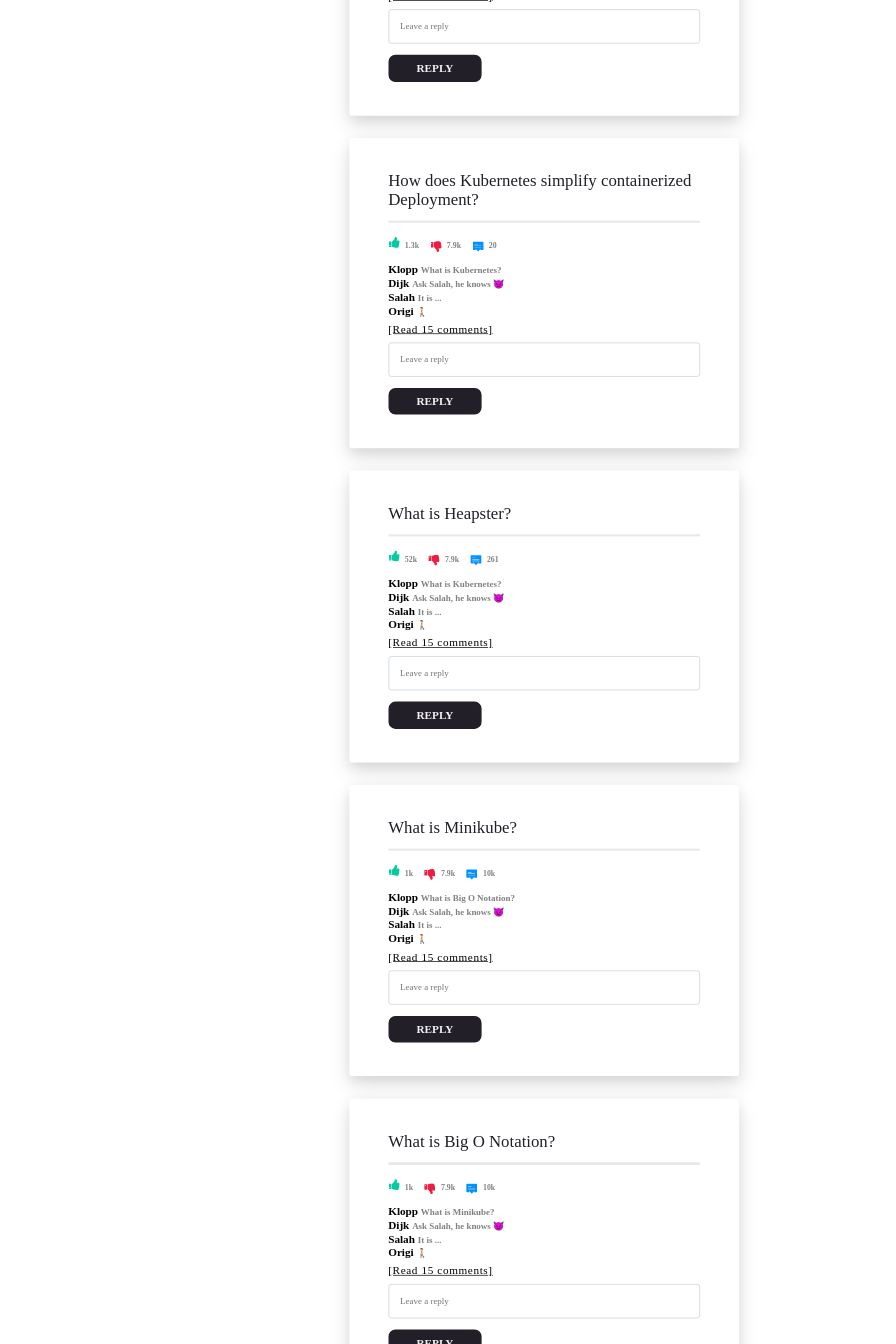
Repository: Gfreedoms/Epic-Mail
Page: pages/groups.html
An editor plug-in stored every save of this project. The page is shown before and after the next save, followed by the edit.
The browser window is 1280 px wide. The pictures show the part of the page from y = 966 to 2886 px (the page is 3815 px tall before and 3788 px after), at 70% of full size.
Some web fonts or font styles are not loaded; a fallback is used.

Above is the page before, as saved 2019-02-27 07:42:08.

### pages/groups.html
<!DOCTYPE html>
<html lang="en">

<head>
	<meta charset="UTF-8">
	<meta name="viewport" content="width=device-width, initial-scale=1.0">
	<meta http-equiv="X-UA-Compatible" content="ie=edge">
	<link rel="apple-touch-icon" sizes="180x180" href="../assets/favicon/apple-touch-icon.png">
	<link rel="icon" type="image/png" sizes="32x32" href="../assets/favicon/favicon-32x32.png">
	<link rel="icon" type="image/png" sizes="16x16" href="../assets/favicon/favicon-16x16.png">
	<link rel="manifest" href="../assets/favicon/site.webmanifest">
	<link rel="mask-icon" href="../assets/favicon/safari-pinned-tab.svg" color="#5bbad5">
	<meta name="msapplication-TileColor" content="#da532c">
	<meta name="theme-color" content="#ffffff">
	<link rel="stylesheet" href="../styles/base.css">
	<link rel="stylesheet" href="../styles/format.css">
	<link rel="stylesheet" href="../styles/questions.css">
	<title>View Groups| Epic Mail - ANDELA BOOTCAMP</title>
</head>

<body>
	<!-- Navigation Section Starts -->
	<section id="navigation">
		<nav class="navbar">
			<a href="../" id="nav-brand">
				<img src="../assets/imgs/logo.svg" alt="">
			</a>
			<ul class="nav-menu">
				<li class="visibility"><a class="hover-t" href="./login.html">Login</a></li>
				<li><a class="hover-t" href="./meetup.html">Meetups</a></li>
				<li><a class="hover-t" href="./questions.html">Questions</a></li>
				<li><a class="reg-btn box-sh-dark hover-lg" href="../">Logout</a></li>
			</ul>
			<a id="menu" href="">
				<img src="../assets/imgs/menu.svg" alt="">
			</a>
		</nav>
	</section>
	<!-- Navigation Section Ends -->

	<!-- SideBar Nav -->
	<ul id="sidebar" class="navbar-side side-hidden">
		<li><a href="./meetup.html">Meetups</a></li>
		<li><a href="./questions.html">Questions</a></li>
		<li><a class="" href="../">Logout</a></li>
	</ul>
	<!-- End SideBar Nav -->
	<div id="details" class="container ptb-5 mauto">
		<div class="side">
			<div class="content card">
				<h3 class="md-text">Manchester United Group</h3>
				<ul class="list-items">
					<li>
						<img src="../assets/imgs/icons/calendar.svg" alt="">
						<span> Created January 23rd, 2019</span>
					</li>

					<li>
						<img src="../assets/imgs/icons/time.svg" alt="">
						<span> Time:10: 00a.m</span>
					</li>
					<li>
						<img src="../assets/imgs/icons/people.svg" alt="">
						<span>256 Members</span>
					</li>
					<li>
						<img src="../assets/imgs/icons/hastag.svg" alt="">
						<span>Here we discuss and ask all the latest about football Especially in united</span>
					</li>
				</ul>
			</div>
		</div>

		<div id="questions">
			<div class="header questions card">
				<h3 class="md-text title">Threads</h3>
				<a href="./group-messages.html" class="sm-text sm ">Ask about footbal</a>
			</div>
			<div class="questions card-lg hover-lg">
				<div class="content pall-1">
					<h3 class="md-text title f-bold">When is united's next game</h3>
					<div class="divider"></div>
					<div class="q-actions">
						<span>
							<a href="#!"><img src="../assets/imgs/icons/upvote.svg" alt=""></a>
							500
						</span>
						<span>
							<a href="#!"><img src="../assets/imgs/icons/downvote.svg" alt=""></a>
							7.9k
						</span>
						<span>
							<a href="#!"><img src="../assets/imgs/icons/comment.svg" alt=""></a>
							1k
						</span>
					</div>
					<div class="comments">
						<p class="sm-text sm ">sam <span>24th march i guess</span> </p>
						<p class="sm-text sm ">patric <span>Not rli 😈</span> </p>
						<p class="sm-text sm ">ole <span>It is ...</span> </p>
						<p class="sm-text sm ">Roney <span>🚶🏻</span> </p>
					</div>
					<a href="!#" class="sm-text sm ">[Read 15 comments]</a>
					<div class="input">
						<textarea name="comment" cols="auto" rows="1" placeholder="Leave a reply"></textarea>
						<a href="./meetup.html" class="btn">Reply</a>
					</div>
				</div>
			</div>
			<div class="questions card-lg hover-lg">
				<div class="content pall-1">
					<h3 class="md-text title f-bold">How much does Does Degea earn per week?</h3>
					<div class="divider"></div>
					<div class="q-actions">
						<span>
							<a href="#!"><img src="../assets/imgs/icons/upvote.svg" alt=""></a>
							2k
						</span>
						<span>
							<a href="#!"><img src="../assets/imgs/icons/downvote.svg" alt=""></a>
							7.9k
						</span>
						<span>
							<a href="#!"><img src="../assets/imgs/icons/comment.svg" alt=""></a>
							300
						</span>
					</div>
					<div class="comments">
						<p class="sm-text sm ">Fred <span>45 milion pound!</span> </p>
						<p class="sm-text sm ">jane <span>Will you shut up with ur lies</span> </p>
						<p class="sm-text sm ">Klopp <span>😈</span> </p>
						<p class="sm-text sm ">Sarri <span>🚶🏻</span> </p>
					</div>
					<a href="!#" class="sm-text sm ">[Read 15 comments]</a>
					<div class="input">
						<textarea name="comment" cols="auto" rows="1" placeholder="Leave a reply"></textarea>
						<a href="./meetup.html" class="btn">Reply</a>
					</div>
				</div>
			</div>
			<div class="questions card-lg hover-lg">
				<div class="content pall-1">
					<h3 class="md-text title f-bold">How does Kubernetes simplify containerized Deployment?</h3>
					<div class="divider"></div>
					<div class="q-actions">
						<span>
							<a href="#!"><img src="../assets/imgs/icons/upvote.svg" alt=""></a>
							1.3k
						</span>
						<span>
							<a href="#!"><img src="../assets/imgs/icons/downvote.svg" alt=""></a>
							7.9k
						</span>
						<span>
							<a href="#!"><img src="../assets/imgs/icons/comment.svg" alt=""></a>
							20
						</span>
					</div>
					<div class="comments">
						<p class="sm-text sm ">Klopp <span>What is Kubernetes?</span> </p>
						<p class="sm-text sm ">Dijk <span>Ask Salah, he knows 😈</span> </p>
						<p class="sm-text sm ">Salah <span>It is ...</span> </p>
						<p class="sm-text sm ">Origi <span>🚶🏻</span> </p>
					</div>
					<a href="!#" class="sm-text sm ">[Read 15 comments]</a>
					<div class="input">
						<textarea name="comment" cols="auto" rows="1" placeholder="Leave a reply"></textarea>
						<a href="./meetup.html" class="btn">Reply</a>
					</div>
				</div>
			</div>
			<div class="questions card-lg hover-lg">
				<div class="content pall-1">
					<h3 class="md-text title f-bold">What is Heapster?</h3>
					<div class="divider"></div>
					<div class="q-actions">
						<span>
							<a href="#!"><img src="../assets/imgs/icons/upvote.svg" alt=""></a>
							52k
						</span>
						<span>
							<a href="#!"><img src="../assets/imgs/icons/downvote.svg" alt=""></a>
							7.9k
						</span>
						<span>
							<a href="#!"><img src="../assets/imgs/icons/comment.svg" alt=""></a>
							261
						</span>
					</div>
					<div class="comments">
						<p class="sm-text sm ">Klopp <span>What is Kubernetes?</span> </p>
						<p class="sm-text sm ">Dijk <span>Ask Salah, he knows 😈</span> </p>
						<p class="sm-text sm ">Salah <span>It is ...</span> </p>
						<p class="sm-text sm ">Origi <span>🚶🏻</span> </p>
					</div>
					<a href="!#" class="sm-text sm ">[Read 15 comments]</a>
					<div class="input">
						<textarea name="comment" cols="auto" rows="1" placeholder="Leave a reply"></textarea>
						<a href="./meetup.html" class="btn">Reply</a>
					</div>
				</div>
			</div>
			<div class="questions card-lg hover-lg">
				<div class="content pall-1">
					<h3 class="md-text title f-bold">What is Minikube?</h3>
					<div class="divider"></div>
					<div class="q-actions">
						<span>
							<a href="#!"><img src="../assets/imgs/icons/upvote.svg" alt=""></a>
							1k
						</span>
						<span>
							<a href="#!"><img src="../assets/imgs/icons/downvote.svg" alt=""></a>
							7.9k
						</span>
						<span>
							<a href="#!"><img src="../assets/imgs/icons/comment.svg" alt=""></a>
							10k
						</span>
					</div>
					<div class="comments">
						<p class="sm-text sm ">Klopp <span>What is Big O Notation?</span> </p>
						<p class="sm-text sm ">Dijk <span>Ask Salah, he knows 😈</span> </p>
						<p class="sm-text sm ">Salah <span>It is ...</span> </p>
						<p class="sm-text sm ">Origi <span>🚶🏻</span> </p>
					</div>
					<a href="!#" class="sm-text sm ">[Read 15 comments]</a>
					<div class="input">
						<textarea name="comment" cols="auto" rows="1" placeholder="Leave a reply"></textarea>
						<a href="./meetup.html" class="btn">Reply</a>
					</div>
				</div>
			</div>
			<div class="questions card-lg hover-lg">
				<div class="content pall-1">
					<h3 class="md-text title f-bold">What is Big O Notation?</h3>
					<div class="divider"></div>
					<div class="q-actions">
						<span>
							<a href="#!"><img src="../assets/imgs/icons/upvote.svg" alt=""></a>
							1k
						</span>
						<span>
							<a href="#!"><img src="../assets/imgs/icons/downvote.svg" alt=""></a>
							7.9k
						</span>
						<span>
							<a href="#!"><img src="../assets/imgs/icons/comment.svg" alt=""></a>
							10k
						</span>
					</div>
					<div class="comments">
						<p class="sm-text sm ">Klopp <span>What is Minikube?</span> </p>
						<p class="sm-text sm ">Dijk <span>Ask Salah, he knows 😈</span> </p>
						<p class="sm-text sm ">Salah <span>It is ...</span> </p>
						<p class="sm-text sm ">Origi <span>🚶🏻</span> </p>
					</div>
					<a href="!#" class="sm-text sm ">[Read 15 comments]</a>
					<div class="input">
						<textarea name="comment" cols="auto" rows="1" placeholder="Leave a reply"></textarea>
						<a href="./meetup.html" class="btn">Reply</a>
					</div>
				</div>
			</div>
			<div class="questions card-lg hover-lg">
				<div class="content pall-1">
					<h3 class="md-text title f-bold">How does Kubernetes simplify containerized Deployment?</h3>
					<div class="divider"></div>
					<div class="q-actions">
						<span>
							<a href="#!"><img src="../assets/imgs/icons/upvote.svg" alt=""></a>
							1k
						</span>
						<span>
							<a href="#!"><img src="../assets/imgs/icons/downvote.svg" alt=""></a>
							7.9k
						</span>
						<span>
							<a href="#!"><img src="../assets/imgs/icons/comment.svg" alt=""></a>
							10k
						</span>
					</div>
					<div class="comments">
						<p class="sm-text sm ">Klopp <span>What is Minikube?</span> </p>
						<p class="sm-text sm ">Dijk <span>Ask Salah, he knows 😈</span> </p>
						<p class="sm-text sm ">Salah <span>It is ...</span> </p>
						<p class="sm-text sm ">Origi <span>🚶🏻</span> </p>
					</div>
					<a href="!#" class="sm-text sm ">[Read 15 comments]</a>
					<div class="input">
						<textarea name="comment" cols="auto" rows="1" placeholder="Leave a reply"></textarea>
						<a href="./meetup.html" class="btn">Reply</a>
					</div>
				</div>
			</div>
		</div>
	</div>

	<footer class="bg-secondary">
		<div class="container">
			<div class="info-about">
				<h3 class="md-text">Interested Epic Mail</h3>
				<div class="social-links">
					<a href="#!"><img src="../assets/imgs/icons/facebook.svg" alt=""></a>
					<a href="#!"><img src="../assets/imgs/icons/instagram.svg" alt=""></a>
					<a href="#!"><img src="../assets/imgs/icons/twitter.svg" alt=""></a>
					<a href="#!"><img src="../assets/imgs/icons/linkedin.svg" alt=""></a>
				</div>
			</div>
			<div class="additional-info">
				<h3 class="md-text">Our Goals</h3>
				<p class="sm-text sm ">
					We create a safe space for others to ask for help.
					We ask for help when we’re stuck and motivate others to do the same.
				</p>
				<p class="sm-text sm ">
					We create space for psychological safety in all our interactions by encouraging peers to be open and honest about
					their experiences.
				</p>
			</div>
		</div>
	</footer>
	<script src="../scripts/index.js"></script>
</body>

</html>

### styles/format.css
.is-danger {
	color: red;
}

.divider {
	height: 0.2rem;
	background: #221F28;
	opacity: 0.1;
	margin: 1rem auto;
	width: 100%;
}

table {
	width: 750px;
	border-collapse: collapse;
	margin: 50px auto;
}

/* Zebra striping */
tr:nth-of-type(odd) {
	background: #eee;
}

th {
	background: #221F28;
	color: white;
	font-weight: bold;
}

td,
th {
	padding: 10px;
	border: 1px solid #ccc;
	text-align: left;
	font-size: 18px;
}

@media only screen and (max-width: 760px),
(min-device-width: 768px) and (max-device-width: 1024px) {

	table {
		width: 100%;
	}

	/* Force table to not be like tables anymore */
	table,
	thead,
	tbody,
	th,
	td,
	tr {
		display: block;
	}

	thead tr {
		position: absolute;
		top: -9999px;
		left: -9999px;
	}

	tr {
		border: 1px solid #ccc;
	}

	td {
		border: none;
		border-bottom: 1px solid #eee;
		position: relative;
		padding-left: 50%;
	}

	td:before {
		position: absolute;
		/* Top/left values mimic padding */
		top: 6px;
		left: 6px;
		width: 45%;
		padding-right: 10px;
		white-space: nowrap;
		/* Label the data */
		content: attr(data-column);

		color: #000;
		font-weight: bold;
	}

	tbody tr {
		padding: 1rem;
	}
}

.m1 {
	margin-top: 0.8rem !important;
	margin-bottom: 0.8rem !important;
}

.pagination {
	text-align: center;
	margin: 2rem auto;
}

.pagination span {
	padding: 10px;
	border-radius: 2px;
	font-family: 'Circular-Book';
	font-weight: 600;
	font-size: 1rem;
	margin: 0 5px;
}

@media screen and (min-width: 1680px) {
	.reg-btn {
		padding: 1.5rem 1.6rem 1.5rem;
		font-size: 1rem;
	}

	.input {
		margin-top: 2rem;
	}

	.nav-menu a.hover-t {
		font-size: 1.4rem !important;
	}
}

### styles/questions.css
.ptb-5 {
	padding: 50px 0;
}

.pall-1 {
	padding: 1rem;
}

.highlight {
	margin: 1rem 0;
	font-style: italic;
	font-family: 'Circular-Book';
	font-weight: 400;
}

.questions {
	padding: 1rem 2rem;
	margin-top: 2rem;
	margin-bottom: 2rem;
}

.questions .md-text {
	margin-bottom: 0 !important;
}

.header.questions a {
	padding: 0.8rem 1.2rem;
	margin-bottom: 0;
	font-size: 1rem;
	text-align: right;
}

.media {
	grid-template-columns: 1fr 1fr;
	display: grid;
}

.media div {
	display: grid;
	grid-template-columns: 1fr 1fr;
	align-items: self-end;
}

#details {
	display: grid;
	grid-template-columns: 30% 67%;
	grid-gap: 3%;
}

.content {
	min-height: 30vh;
	padding: 2rem 1.5rem;
}

.content .md-text {
	color: #221F28;
	font-size: 1.2rem;
}

.list-items {
	text-decoration: none;
}

.list-items li {
	display: grid;
	grid-template-columns: 1fr 9fr;
	margin: 0.8rem 0;
}

.list-items span {
	font-family: 'Circular-Book';
	font-size: 0.8rem;
	position: relative;
	top: 5px;
	margin-left: 1.5rem;

}

.list-items img {
	height: 1.5rem;
}

.questions .img {
	height: 100px;
	border-radius: 50%;
}

.questions a>img {
	height: 1rem;
}

.questions span {
	font-weight: 600;
	font-family: "Circular-Book";
	color: grey;
	font-size: 0.7rem;
}

.questions textarea {
	border-radius: 0.25rem;
	resize: none;
	padding: 1rem;
	margin-bottom: 1rem;
}

.questions .btn {
	width: 30%;
}

.q-actions {
	display: flex;
	flex-direction: row;
	margin: 20px 0;
	height: auto;
}

.q-actions span {
	margin-right: 1rem;
}

.q-actions span a {
	margin-right: 5px;
}

.q-actions span:nth-child(2) img,
.q-actions span:nth-child(3) img {
	position: relative;
	top: 6px;
}

.title {
	color: #221F28;
}

.intro a {
	width: 30%;
}

.intro h3 {
	color: #221F28;
	margin-bottom: 1rem;
}

.comments {
	margin-bottom: 0.5rem;
}

.comments .md-text,
.comments .sm-text {
	margin-bottom: 0.1rem;
}

.comments p {
	font-weight: 600;
	font-family: "Circular-Book";
	color: inherit;
	font-size: 0.8rem;
}

.comments span {
	font-weight: 600;
	font-family: "Circular-Light";
	color: grey;
	font-size: 0.7rem;
}

a.sm-text {
	color: inherit;
	font-family: 'Circular-book';
	font-size: 0.6rem;
	letter-spacing: 0.89px;
	text-decoration: underline;
}

.btn {
	padding: 0.8rem 1rem;
	line-height: 9px;
	font-weight: 600;
	font-size: 1rem;
}

.sm-text.sm {
	font-size: 1rem !important;
}

.comments span {
	font-size: 0.8rem !important;
}

@media screen and (max-width: 480px) {
	.header.questions {
		grid-template-columns: 1fr 1fr;
	}

	.questions .md-text {
		font-size: 1.1rem !important;
	}

	.sm-text.sm {
		font-size: 0.8rem !important;
	}

	.comments span {
		font-size: 0.7rem !important;
	}

	a.sm-text {
		font-size: 0.7rem !important;
	}
}

@media screen and (min-width: 1680px) {
	.questions textarea {
		font-size: 1.3rem !important;
	}

	.questions a>img {
		height: 1.5rem;
	}

	.questions span {
		font-size: 1rem;
	}

	.sm-text.sm {
		font-size: 0.8rem !important;
	}

	.comments p {
		font-weight: 400;
	}

	.comments span {
		font-size: 0.8rem !important;
	}
}

.md-text {
	font-size: 1.5rem !important;
	margin-bottom: 2.5rem !important;
}

p.sm-text {
	font-size: 1.3rem !important;
}

.comments span {
	font-weight: 600;
	font-family: "Circular-Light";
	color: grey;
	font-size: 1rem;
}

.sm-text {
	font-size: 1.3rem !important;
}

.content.card span {
	font-size: 1rem !important;
}

@media (max-width: 576px) {
	.questions {
		grid-template-columns: 1fr;
	}

	.questions {
		padding: 1rem 1.3rem;
	}

	.content {
		min-height: 30vh;
		padding: 1.3rem 1rem;
	}

	.questions .img {
		height: 70px;
		border-radius: 50%;
	}

	.questions .btn {
		width: 50%;
	}

	.media div {
		display: grid;
		grid-template-columns: 1fr 1fr;
		align-items: self-end;
		margin-left: 0.3rem;
	}

	.questions .btn {
		width: 50%;
	}

	.intro a {
		width: 45%;
	}
}


@media (min-width: 576px) {
	.media div {
		display: grid;
		grid-template-columns: 1fr 1fr;
		/* align-items: self-end; */
		margin-left: 0.3rem;
	}

	.media {
		grid-template-columns: 1fr;
		grid-gap: 10px;
	}
}

@media screen and (max-width: 660px) {
	#details {
		grid-template-columns: 1fr;
		grid-gap: 0;
	}

	.side {
		margin-top: 0;
		margin-bottom: 0;
	}
}

### styles/fonts.css
@font-face {
	font-family: "Circular-Light";
	src:
		url("../assets/fonts/Circular-Light.woff") format("woff");
}
@font-face {
	font-family: "Circular-Book";
	src:
		url("../assets/fonts/Circular-Book.woff") format("woff");
}
@font-face {
	font-family: "Circular-Bold";
	src:
		url("../assets/fonts/Circular-Bold.woff") format("woff");
}

* {
	font-family: 'Circular-Light';
}

Loaded but not shown: scripts/index.js (10 lines, source omitted); styles/base.css (736 lines, source omitted)

After the next save:
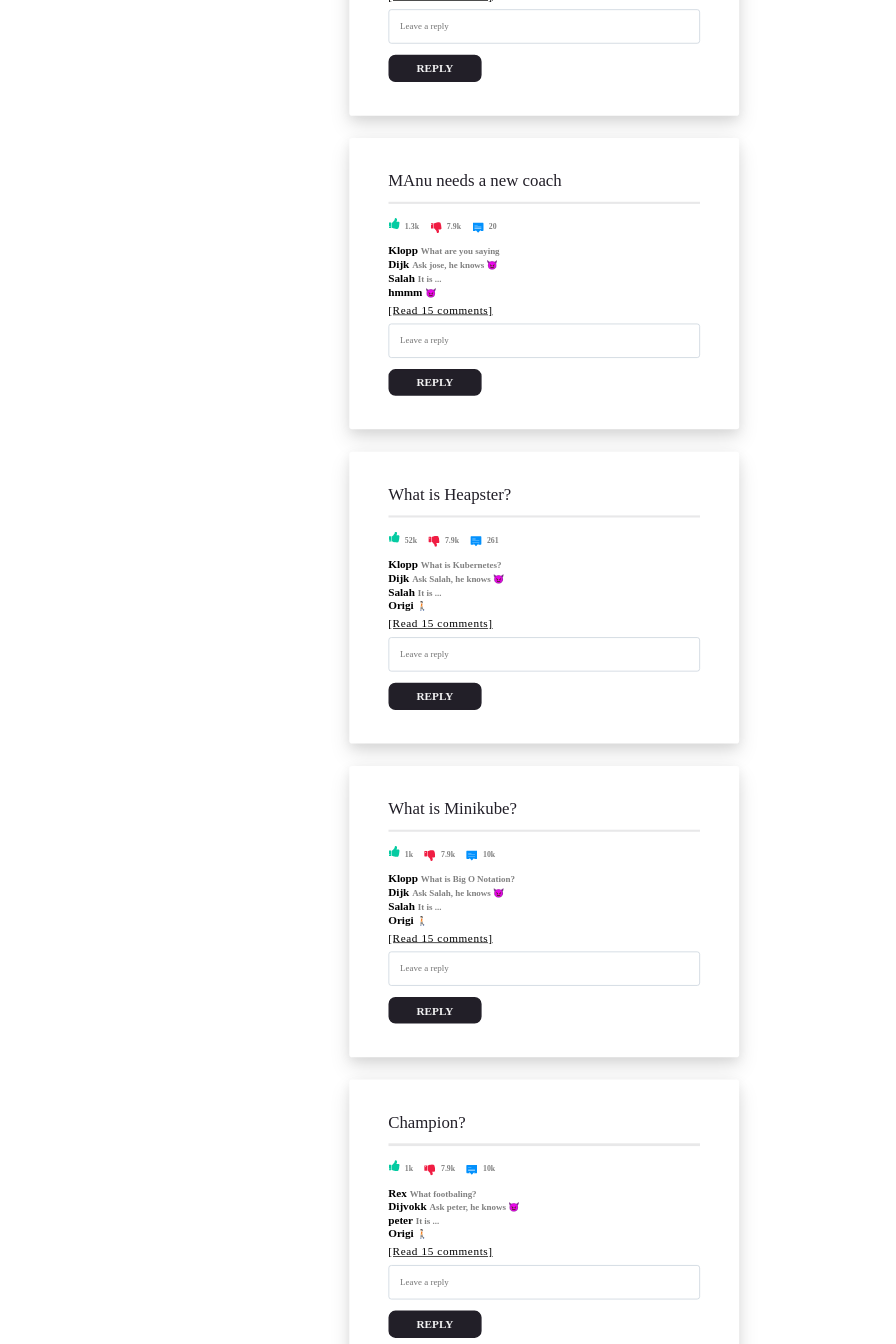
Saved 2 min 42 s later.
--- a/pages/groups.html
+++ b/pages/groups.html
@@ -140,7 +140,7 @@
 			</div>
 			<div class="questions card-lg hover-lg">
 				<div class="content pall-1">
-					<h3 class="md-text title f-bold">How does Kubernetes simplify containerized Deployment?</h3>
+					<h3 class="md-text title f-bold">MAnu needs a new coach</h3>
 					<div class="divider"></div>
 					<div class="q-actions">
 						<span>
@@ -154,6 +154,37 @@
 						<span>
 							<a href="#!"><img src="../assets/imgs/icons/comment.svg" alt=""></a>
 							20
+						</span>
+					</div>
+					<div class="comments">
+						<p class="sm-text sm ">Klopp <span>What are you saying</span> </p>
+						<p class="sm-text sm ">Dijk <span>Ask jose, he knows 😈</span> </p>
+						<p class="sm-text sm ">Salah <span>It is ...</span> </p>
+						<p class="sm-text sm ">hmmm <span>😈</span> </p>
+					</div>
+					<a href="!#" class="sm-text sm ">[Read 15 comments]</a>
+					<div class="input">
+						<textarea name="comment" cols="auto" rows="1" placeholder="Leave a reply"></textarea>
+						<a href="./meetup.html" class="btn">Reply</a>
+					</div>
+				</div>
+			</div>
+			<div class="questions card-lg hover-lg">
+				<div class="content pall-1">
+					<h3 class="md-text title f-bold">What is Heapster?</h3>
+					<div class="divider"></div>
+					<div class="q-actions">
+						<span>
+							<a href="#!"><img src="../assets/imgs/icons/upvote.svg" alt=""></a>
+							52k
+						</span>
+						<span>
+							<a href="#!"><img src="../assets/imgs/icons/downvote.svg" alt=""></a>
+							7.9k
+						</span>
+						<span>
+							<a href="#!"><img src="../assets/imgs/icons/comment.svg" alt=""></a>
+							261
 						</span>
 					</div>
 					<div class="comments">
@@ -171,37 +202,6 @@
 			</div>
 			<div class="questions card-lg hover-lg">
 				<div class="content pall-1">
-					<h3 class="md-text title f-bold">What is Heapster?</h3>
-					<div class="divider"></div>
-					<div class="q-actions">
-						<span>
-							<a href="#!"><img src="../assets/imgs/icons/upvote.svg" alt=""></a>
-							52k
-						</span>
-						<span>
-							<a href="#!"><img src="../assets/imgs/icons/downvote.svg" alt=""></a>
-							7.9k
-						</span>
-						<span>
-							<a href="#!"><img src="../assets/imgs/icons/comment.svg" alt=""></a>
-							261
-						</span>
-					</div>
-					<div class="comments">
-						<p class="sm-text sm ">Klopp <span>What is Kubernetes?</span> </p>
-						<p class="sm-text sm ">Dijk <span>Ask Salah, he knows 😈</span> </p>
-						<p class="sm-text sm ">Salah <span>It is ...</span> </p>
-						<p class="sm-text sm ">Origi <span>🚶🏻</span> </p>
-					</div>
-					<a href="!#" class="sm-text sm ">[Read 15 comments]</a>
-					<div class="input">
-						<textarea name="comment" cols="auto" rows="1" placeholder="Leave a reply"></textarea>
-						<a href="./meetup.html" class="btn">Reply</a>
-					</div>
-				</div>
-			</div>
-			<div class="questions card-lg hover-lg">
-				<div class="content pall-1">
 					<h3 class="md-text title f-bold">What is Minikube?</h3>
 					<div class="divider"></div>
 					<div class="q-actions">
@@ -233,7 +233,7 @@
 			</div>
 			<div class="questions card-lg hover-lg">
 				<div class="content pall-1">
-					<h3 class="md-text title f-bold">What is Big O Notation?</h3>
+					<h3 class="md-text title f-bold">Champion?</h3>
 					<div class="divider"></div>
 					<div class="q-actions">
 						<span>
@@ -250,9 +250,9 @@
 						</span>
 					</div>
 					<div class="comments">
-						<p class="sm-text sm ">Klopp <span>What is Minikube?</span> </p>
-						<p class="sm-text sm ">Dijk <span>Ask Salah, he knows 😈</span> </p>
-						<p class="sm-text sm ">Salah <span>It is ...</span> </p>
+						<p class="sm-text sm ">Rex <span>What footbaling?</span> </p>
+						<p class="sm-text sm ">Dijvokk <span>Ask peter, he knows 😈</span> </p>
+						<p class="sm-text sm ">peter <span>It is ...</span> </p>
 						<p class="sm-text sm ">Origi <span>🚶🏻</span> </p>
 					</div>
 					<a href="!#" class="sm-text sm ">[Read 15 comments]</a>
